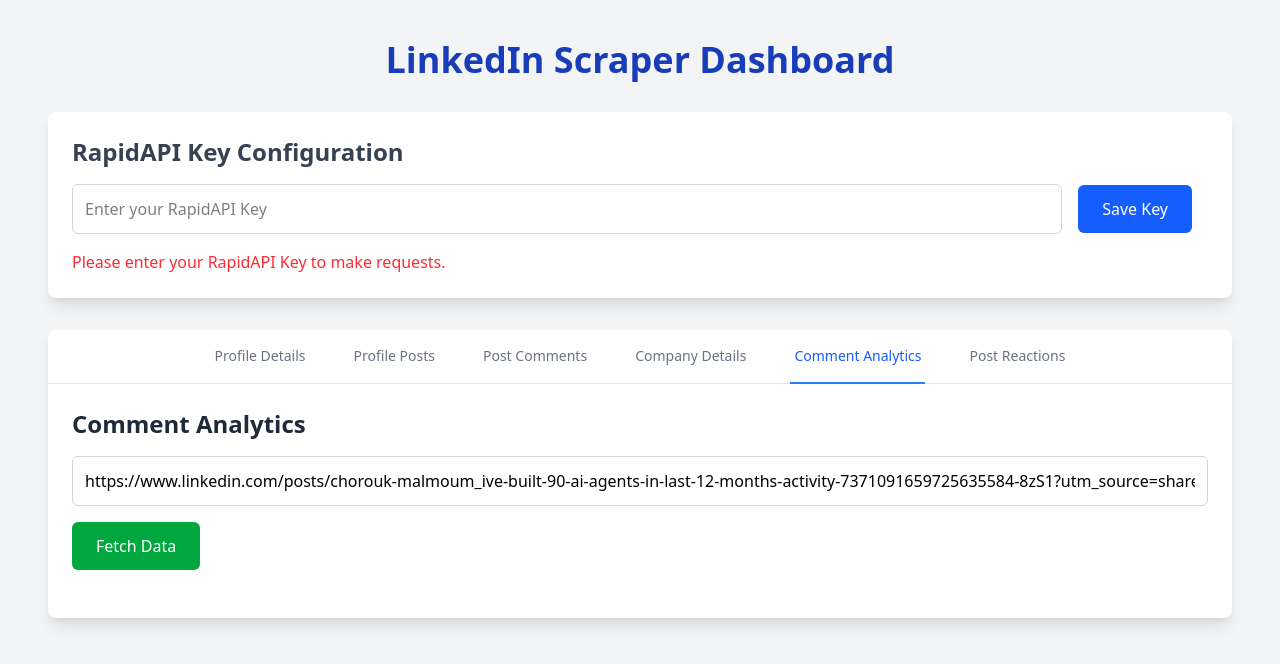
Repository: vigneshcj001/LinkedIn-Scraper-Dashboard
Page: /, after clicking the first element matching `nav.-mb-px > :nth-child(5)`
The author's editor kept a copy of each file at every save. The page is drawn from the files as they stood at one save, then again after the next save.
The browser window is 1280 px wide. The pictures show the whole page.
The project was rebuilt for these pictures with package versions that can differ from the ones it lists, and the page was loaded fresh each time. Also part of the build but not shown: vite.config.js, src/components/DataTable.jsx, src/components/tabs/PostsTab.jsx, src/components/tabs/CommentsTab.jsx, src/components/tabs/CompanyTab.jsx, src/components/tabs/ReactionsTab.jsx.

Above is the page before, as saved 2025-11-04 18:52:04.

After the next save:
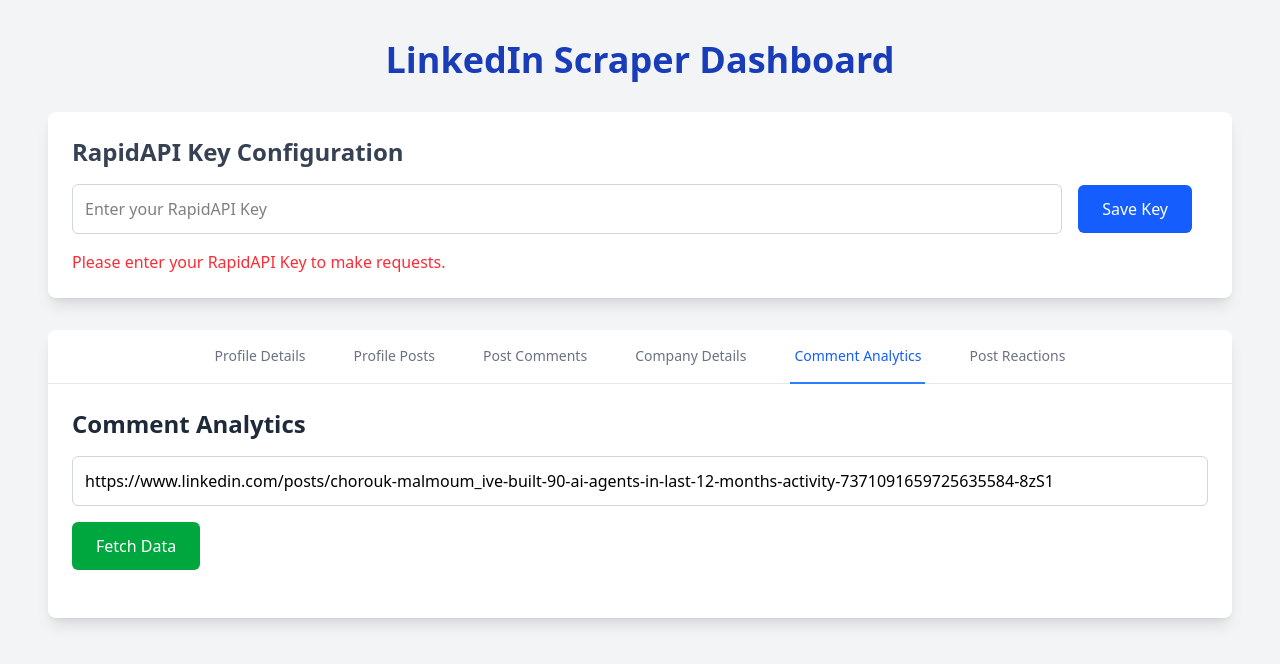
Saved 114 s later.
--- a/src/components/tabs/AnalyticsTab.jsx
+++ b/src/components/tabs/AnalyticsTab.jsx
@@ -15,7 +15,7 @@
 
 const AnalyticsTab = ({ fetchData, ...props }) => {
   const [postUrl, setPostUrl] = useState(
-    "https://www.linkedin.com/posts/chorouk-malmoum_ive-built-90-ai-agents-in-last-12-months-activity-7371091659725635584-8zS1?utm_source=share&utm_medium=member_desktop&rcm=ACoAAC0AjAEB13qzcyb0uxtDOeMXhJ9kXGeFc6A"
+    "https://www.linkedin.com/posts/chorouk-malmoum_ive-built-90-ai-agents-in-last-12-months-activity-7371091659725635584-8zS1"
   );
 
   const handleSubmit = (e) => {
@@ -23,8 +23,9 @@
     fetchData("analytics/comments", { post_url: postUrl });
   };
 
-  // ---------- Utility: Export JSON ----------
+  // ---------- Export JSON ----------
   const exportJSON = (data, filename = "analytics_data.json") => {
+    if (!data) return;
     const blob = new Blob([JSON.stringify(data, null, 2)], {
       type: "application/json",
     });
@@ -36,12 +37,12 @@
     URL.revokeObjectURL(url);
   };
 
-  // ---------- Utility: Export CSV ----------
+  // ---------- Export CSV ----------
   const exportCSV = (data, filename = "analytics_data.csv") => {
     if (!data || !data.length) return;
     const headers = Object.keys(data[0]);
     const csvRows = [
-      headers.join(","), // header row
+      headers.join(","),
       ...data.map((row) =>
         headers.map((h) => JSON.stringify(row[h] ?? "")).join(",")
       ),
@@ -55,6 +56,7 @@
     URL.revokeObjectURL(url);
   };
 
+  // ---------- Table ----------
   const AnalyticsTable = ({ data }) => {
     const summary = data?.summary || {};
     const comments = data?.comments || [];
@@ -84,7 +86,7 @@
 
     return (
       <div className="space-y-8">
-        {/* ✅ Summary Table */}
+        {/* ✅ Summary */}
         <DataTable
           title="Comment Analytics Summary"
           data={filteredSummary}
@@ -103,7 +105,7 @@
           />
         )}
 
-        {/* ✅ Reaction Histogram Chart */}
+        {/* ✅ Reaction Histogram */}
         {reactionData.length > 0 && (
           <div className="bg-white shadow rounded-lg p-5">
             <h2 className="text-lg font-semibold mb-3 text-gray-700">
@@ -118,23 +120,20 @@
                   <CartesianGrid strokeDasharray="3 3" />
                   <XAxis dataKey="Reaction" tick={{ fontSize: 12 }}>
                     <Label
-                      value="Number of Reactions per Comment"
+                      value="Reaction Type"
                       offset={-10}
                       position="insideBottom"
                     />
                   </XAxis>
                   <YAxis tick={{ fontSize: 12 }}>
                     <Label
-                      value="Number of Comments"
+                      value="Count"
                       angle={-90}
                       position="insideLeft"
                       style={{ textAnchor: "middle" }}
                     />
                   </YAxis>
-                  <Tooltip
-                    formatter={(value) => [`${value}`, "Comments"]}
-                    cursor={{ fill: "rgba(0,0,0,0.05)" }}
-                  />
+                  <Tooltip />
                   <Bar dataKey="Count" fill="#3b82f6" radius={[4, 4, 0, 0]}>
                     <LabelList dataKey="Count" position="top" />
                   </Bar>
@@ -144,23 +143,23 @@
           </div>
         )}
 
-        {/* ✅ Export Buttons */}
-        <div className="flex gap-3 justify-end">
+        {/* ✅ Export Buttons — now always visible */}
+        <div className="flex justify-end gap-3 mt-5">
           <button
             onClick={() => exportJSON(data)}
-            className="px-4 py-2 bg-gray-200 hover:bg-gray-300 rounded-md text-sm font-medium"
+            className="px-4 py-2 bg-gray-200 hover:bg-gray-300 text-gray-800 rounded-md text-sm font-medium shadow-sm transition"
           >
             Export JSON
           </button>
           <button
             onClick={() => exportCSV(comments)}
-            className="px-4 py-2 bg-blue-600 hover:bg-blue-700 text-white rounded-md text-sm font-medium"
+            className="px-4 py-2 bg-blue-600 hover:bg-blue-700 text-white rounded-md text-sm font-medium shadow-sm transition"
           >
             Export CSV
           </button>
         </div>
 
-        {/* ✅ Detailed Comments Section */}
+        {/* ✅ Detailed Comments */}
         {comments.length > 0 && (
           <div className="bg-white shadow rounded-lg p-5">
             <h2 className="text-lg font-semibold mb-3 text-gray-700">

After the save that followed:
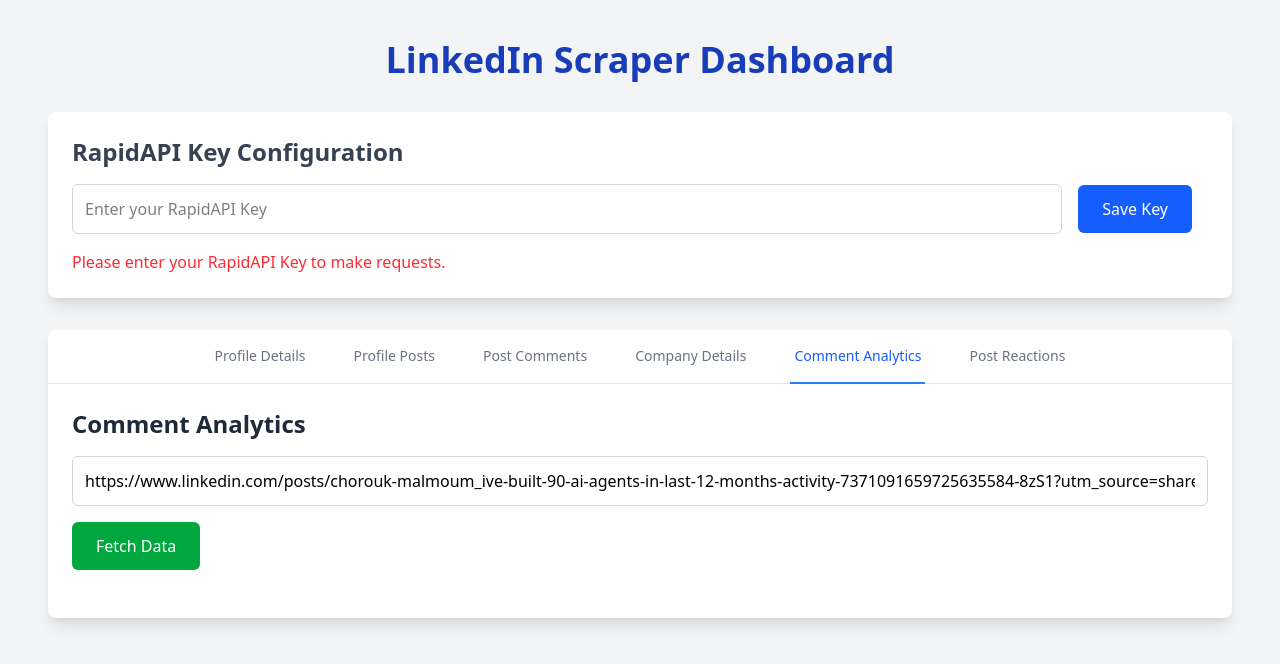
Saved 23 s later.
--- a/src/components/tabs/AnalyticsTab.jsx
+++ b/src/components/tabs/AnalyticsTab.jsx
@@ -15,63 +15,35 @@
 
 const AnalyticsTab = ({ fetchData, ...props }) => {
   const [postUrl, setPostUrl] = useState(
-    "https://www.linkedin.com/posts/chorouk-malmoum_ive-built-90-ai-agents-in-last-12-months-activity-7371091659725635584-8zS1"
+    "https://www.linkedin.com/posts/chorouk-malmoum_ive-built-90-ai-agents-in-last-12-months-activity-7371091659725635584-8zS1?utm_source=share&utm_medium=member_desktop&rcm=ACoAAC0AjAEB13qzcyb0uxtDOeMXhJ9kXGeFc6A"
   );
 
+  // Handle form submit to fetch analytics data
   const handleSubmit = (e) => {
     e.preventDefault();
     fetchData("analytics/comments", { post_url: postUrl });
   };
 
-  // ---------- Export JSON ----------
-  const exportJSON = (data, filename = "analytics_data.json") => {
-    if (!data) return;
-    const blob = new Blob([JSON.stringify(data, null, 2)], {
-      type: "application/json",
-    });
-    const url = URL.createObjectURL(blob);
-    const a = document.createElement("a");
-    a.href = url;
-    a.download = filename;
-    a.click();
-    URL.revokeObjectURL(url);
-  };
-
-  // ---------- Export CSV ----------
-  const exportCSV = (data, filename = "analytics_data.csv") => {
-    if (!data || !data.length) return;
-    const headers = Object.keys(data[0]);
-    const csvRows = [
-      headers.join(","),
-      ...data.map((row) =>
-        headers.map((h) => JSON.stringify(row[h] ?? "")).join(",")
-      ),
-    ];
-    const blob = new Blob([csvRows.join("\n")], { type: "text/csv" });
-    const url = URL.createObjectURL(blob);
-    const a = document.createElement("a");
-    a.href = url;
-    a.download = filename;
-    a.click();
-    URL.revokeObjectURL(url);
-  };
-
-  // ---------- Table ----------
+  // Inner table + chart display component
   const AnalyticsTable = ({ data }) => {
     const summary = data?.summary || {};
     const comments = data?.comments || [];
 
     if (!summary.total_comments) return <p>No analytics available.</p>;
 
+    // --- Extract top commenters ---
     const topCommenters = summary.top_commenters || [];
+
+    // --- Reaction histogram data ---
     const reactionHistogram = summary.reaction_histogram || {};
     const reactionData = Object.entries(reactionHistogram).map(
       ([type, count]) => ({
-        Reaction: type,
-        Count: count,
+        Reaction: type, // X-axis → number of reactions
+        Count: count, // Y-axis → number of comments
       })
     );
 
+    // --- Filtered summary metrics ---
     const filteredSummary = Object.entries(summary)
       .filter(
         ([key]) => key !== "top_commenters" && key !== "reaction_histogram"
@@ -86,7 +58,7 @@
 
     return (
       <div className="space-y-8">
-        {/* ✅ Summary */}
+        {/* ✅ Summary Table */}
         <DataTable
           title="Comment Analytics Summary"
           data={filteredSummary}
@@ -105,7 +77,7 @@
           />
         )}
 
-        {/* ✅ Reaction Histogram */}
+        {/* ✅ Reaction Histogram Chart */}
         {reactionData.length > 0 && (
           <div className="bg-white shadow rounded-lg p-5">
             <h2 className="text-lg font-semibold mb-3 text-gray-700">
@@ -120,20 +92,23 @@
                   <CartesianGrid strokeDasharray="3 3" />
                   <XAxis dataKey="Reaction" tick={{ fontSize: 12 }}>
                     <Label
-                      value="Reaction Type"
+                      value="Number of Reactions per Comment"
                       offset={-10}
                       position="insideBottom"
                     />
                   </XAxis>
                   <YAxis tick={{ fontSize: 12 }}>
                     <Label
-                      value="Count"
+                      value="Number of Comments"
                       angle={-90}
                       position="insideLeft"
                       style={{ textAnchor: "middle" }}
                     />
                   </YAxis>
-                  <Tooltip />
+                  <Tooltip
+                    formatter={(value) => [`${value}`, "Comments"]}
+                    cursor={{ fill: "rgba(0,0,0,0.05)" }}
+                  />
                   <Bar dataKey="Count" fill="#3b82f6" radius={[4, 4, 0, 0]}>
                     <LabelList dataKey="Count" position="top" />
                   </Bar>
@@ -143,23 +118,7 @@
           </div>
         )}
 
-        {/* ✅ Export Buttons — now always visible */}
-        <div className="flex justify-end gap-3 mt-5">
-          <button
-            onClick={() => exportJSON(data)}
-            className="px-4 py-2 bg-gray-200 hover:bg-gray-300 text-gray-800 rounded-md text-sm font-medium shadow-sm transition"
-          >
-            Export JSON
-          </button>
-          <button
-            onClick={() => exportCSV(comments)}
-            className="px-4 py-2 bg-blue-600 hover:bg-blue-700 text-white rounded-md text-sm font-medium shadow-sm transition"
-          >
-            Export CSV
-          </button>
-        </div>
-
-        {/* ✅ Detailed Comments */}
+        {/* ✅ Detailed Comments Section */}
         {comments.length > 0 && (
           <div className="bg-white shadow rounded-lg p-5">
             <h2 className="text-lg font-semibold mb-3 text-gray-700">
@@ -200,6 +159,16 @@
             </div>
           </div>
         )}
+
+        {/* ✅ Raw JSON Viewer
+        <div className="bg-gray-50 border rounded-lg p-4">
+          <h3 className="text-md font-semibold mb-2 text-gray-700">
+            Raw JSON Response:
+          </h3>
+          <pre className="bg-gray-100 p-3 rounded overflow-x-auto text-xs text-gray-800">
+            {JSON.stringify(data, null, 2)}
+          </pre>
+        </div> */}
       </div>
     );
   };
